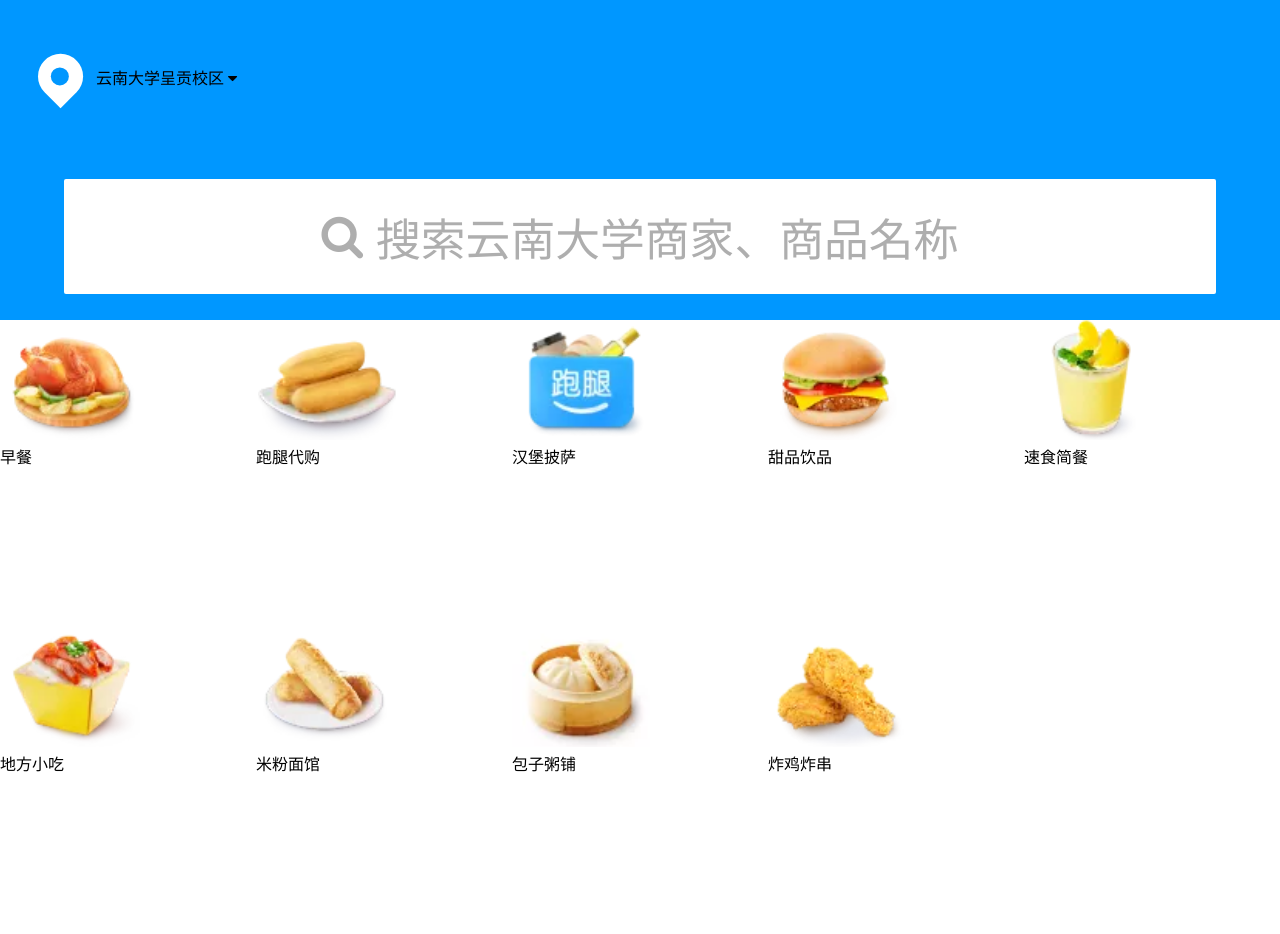
Repository: F000top/ele
Page: index.html
These files come from the project's save history. The page is drawn as it stood at one moment and after a run of saves; the edit follows.
The browser window is 1280 px wide. The pictures show the whole page.

Above is the page before, as saved 2022-06-07 21:31:04.

### index.html
<!DOCTYPE html>
<html lang="en">
<head>
    <meta charset="UTF-8">
    <!-- 移动端网页必备 -->
    <meta name="viewport" content="width=device-width,initial-scale=1">
    <!-- 导入一些库文件 -->
    <link href="framework/font-awesome/css/font-awesome.min.css" rel="stylesheet">
    <link href="framework/reset.css" rel="stylesheet">
    <link href="framework/icon.css" rel="stylesheet">
    <link href="css/index.css" rel="stylesheet">


    <meta http-equiv="X-UA-Compatible" content="IE=edge">
    <meta name="viewport" content="width=device-width, initial-scale=1.0">
    <title>云南大学校园外卖平台</title>
</head>
<body>
    <!-- 总容器 ，wrapper是包装器的意思-->
    <div class="wrapper">

        <!-- header部分 -->
        <header>
            <div class="icon-location-box">

                <div class="icon-location"></div>
            </div>

            <div>云南大学呈贡校区 <i class="fa fa-caret-down"></i></div>
        </header>

        <!-- search部分 -->
			<!--
			    搜索框部分（此块与search-fixed-top块宽度高度一致，用于当
				search-fixed-top块固定后，挡住下面块不要窜上去）
			-->
			<div class="search">
				<!-- 当滚动条超过上面的定位块时，search-fixed-top块变成固定在顶部。 -->
				<div class="search-fixed-top" id="fixedBox">
					<!-- 搜索框部分中间的白框 -->
					<div class="search-box">
						<i class="fa fa-search"></i>搜索云南大学商家、商品名称
					</div>
				</div>
			</div>

            <!-- 点餐分类部分 -->

             <ul class="foodtype">
               <li>
                   <img src="img/dcfl01.png">
                   <p>早餐</p>
               </li>

            <li>
                <img src="img/dcfl02.png">
                <p>跑腿代购</p>
            </li>

            <li>
                <img src="img/dcfl03.png">
                <p>汉堡披萨</p>
            </li>

            <li>
                <img src="img/dcfl04.png">
                <p>甜品饮品</p>
            </li>

            <li>
                <img src="img/dcfl05.png">
                <p>速食简餐</p>
            </li>

            <li>
                <img src="img/dcfl06.png">
                <p>地方小吃</p>
            </li>

            <li>
                <img src="img/dcfl07.png">
                <p>米粉面馆</p>
            </li>

            <li onclick="location.href='businessList.html'">
                <img src="img/dcfl09.png">
                <p>包子粥铺</p>
            </li>
            <li onclick="location.href='businessList.html'">
                <img src="img/dcfl10.png">
                <p>炸鸡炸串</p>
            </li>


             </ul>










    </div>
</body>
</html>

### framework/reset.css
/***************** CSS重置 *******************/
/* 开发自己想要的东西 */
html,body,div,span,h1,h2,h3,h4,h5,h6,ul,ol,li,p{
	margin: 0;
	padding: 0;
}

html,body{
	width: 100%;
	height: 100%;
	font-family: "幼圆";

}

ul,ol{
	list-style: none;

}

/* 标签 */
a{
	text-decoration: none;
}

### framework/icon.css
/**
 * location 定位小图标
 * 说明：使用div标签，加上icon-location类样式即可。
 *       但需要放置在一个容器中，调整容器大小，图标能自适应容器大小。
 * 示例：
 * <div class="icon-location-box">
 *     <div class="icon-location"></div>
 * </div>
 */
.icon-location {
	position: relative;
	width: 100%;
	height: 100%;
	border-radius: 50% 50% 50% 0;
	background: #fff;
	transform: rotate(-45deg);
}
.icon-location:after {
	content: '';
	width: 40%;
	height: 40%;
	margin: 30% 0 0 29%;
	background-color: #0097FF;
	position: absolute;
	border-radius: 50%;
}

### css/index.css
/* 总容器 */
.wrapper{
    width: 100%;
    height: 100%;
}
/* vw就是当前屏幕宽度的1% */
/* 头部header */
.wrapper header{
    width: 100%;
    height: 12vw;
    background-color: #0097ff;

    display: flex;
    align-items: center;
}

.wrapper header .icon-location-box{
    width: 3.5vw;
    height: 3.5vw;
    margin: 0 1vw 0 3vw;
}

.wrapper head.location-text{
    font-size: 4.5vw;
    font-weight: 700;
    color: rgba(24, 216, 168, 0.13);
}

.wrapper header .location-text.fa-caret-down{
    margin: left 1vw; ;
}


/* search部分 */

/****************** search ******************/
.wrapper .search{
	width: 100%;
	height: 13vw;
}
.wrapper .search .search-fixed-top{
	width: 100%;
	height: 13vw;
	background-color: #0097FF;
	display: flex;
	justify-content: center;
	align-items: center;
}
.wrapper .search .search-fixed-top .search-box{
	width: 90%;
	height: 9vw;
	background-color: #fff;
	border-radius: 2px;

	display: flex;
	justify-content: center;
	align-items: center;

	font-size: 3.5vw;
	color: #AEAEAE;
	font-family: "宋体";
	/*此样式是让文本选中状态无效*/
	user-select: none;
}
.wrapper .search .search-fixed-top .search-box .fa-search{
	margin-right: 1vw;
}



/* 点餐分类部分的css */

.wrapper .foodtype {
    width: 100%;
    height: 48vw;

    display: flex;
    flex-wrap:wrap ;

}

.wrapper .foodtype li{
    width: 20vw;

}

Loaded but not shown: framework/font-awesome/css/font-awesome.min.css (library)

After the next 3 saves:
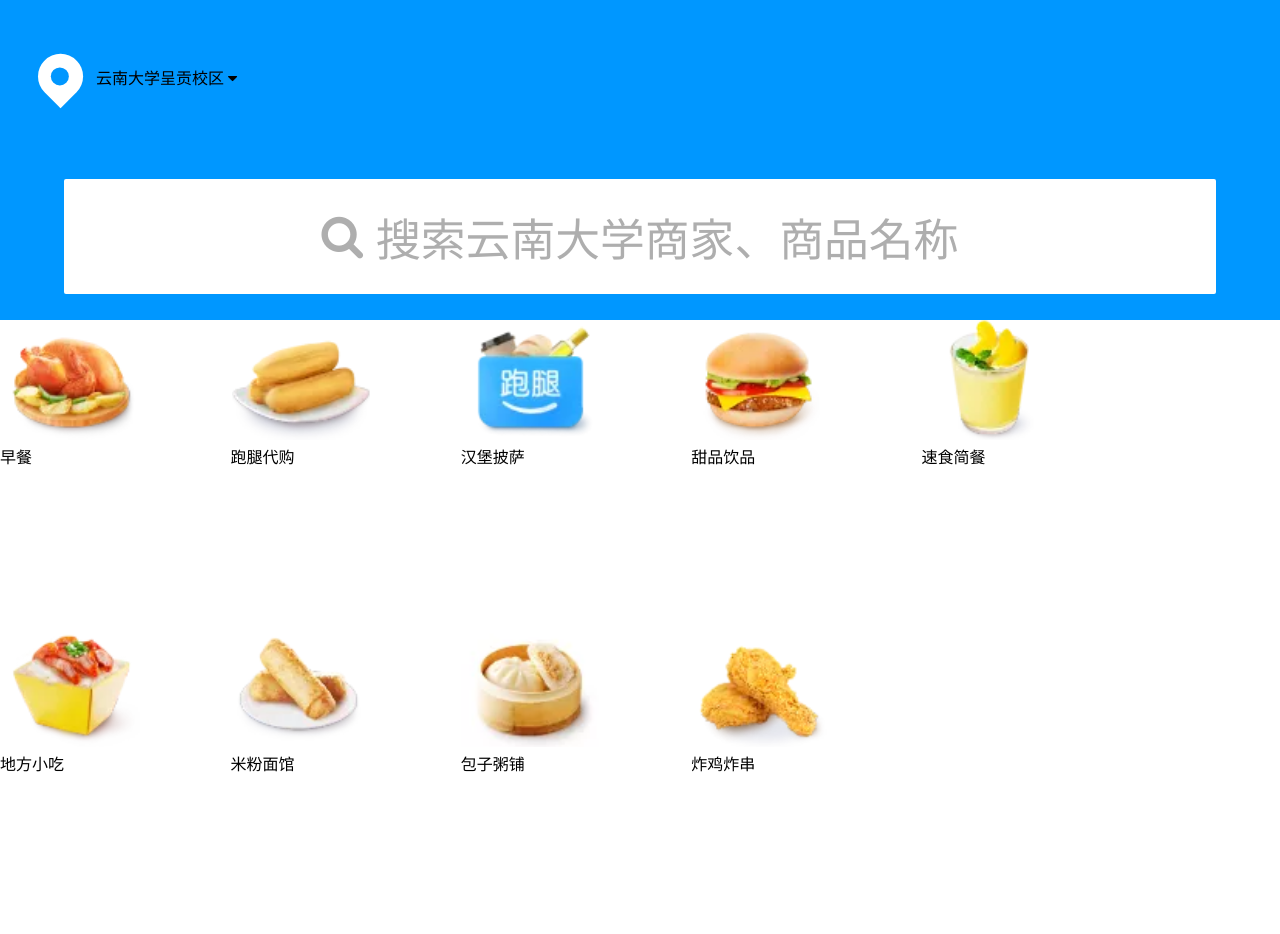
The 3 saves are shown as one change because they came seconds apart.
The last was saved 18 s later.
--- a/css/index.css
+++ b/css/index.css
@@ -80,6 +80,7 @@
 }
 
 .wrapper .foodtype li{
-    width: 20vw;
+    width: 18vw;
+    height: 20vw;
 
 }
